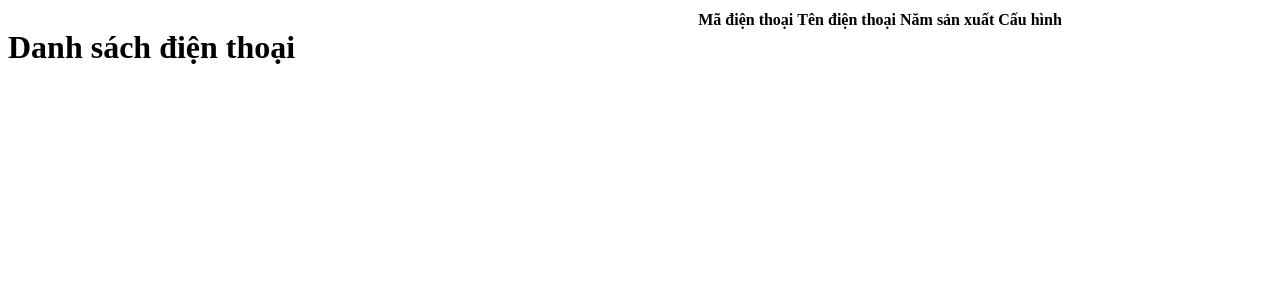
Repository: buikhacthang91042/Nam4_Ki1
Page: http://localhost/Tuan05/DanhSachDienThoaiNCC.jsp
An editor plug-in stored every save of this project. The page is shown before and after the next save, followed by the edit.
The browser window is 1280 px wide. The pictures show the whole page.
The page is served by Tomcat 10. Nobody is signed in. The application's start-up code is not run. Other server files are loaded and not shown. The template is opened directly, without the code that normally fills it, so the values that code supplies are empty.

Above is the page before, as saved 2024-10-10 11:57:15.

### WWW/BuiKhacThang_21127151_Tuan05/Tuan05/src/main/webapp/DanhSachDienThoaiNCC.jsp
<%@ page contentType="text/html; charset=UTF-8" language="java"%>
<%@ taglib uri="http://java.sun.com/jsp/jstl/functions" prefix="fn"%>
<%@ taglib prefix="c" uri="jakarta.tags.core"%>
<!DOCTYPE html>
<html>
<head>
<meta charset="ISO-8859-1">
<title>Danh sách điện thoại theo nhà cung cấp</title>
<style type="text/css">
	.container{
		display: flex;
		flex-direction: row;
	}
	.menu{

	}
	.content{
		display:flex;
		margin-left: 400px;
	}
</style>

</head>
<body>
	<form action="" method="GET">
	<div class="container">

		<div class="menu">
		<h1>Danh sách điện thoại</h1>
		<ul>
		<c:forEach var="NCC" items="${NhaCCList}">
			<li><a
				href="DanhSachDienThoaiNCCServlet?mancc= ${NCC.mancc}">${NCC.tenNhaCungCap}</a></li>
		</c:forEach>
		</ul>
		</div>

		<div class="content">
			<table>
				<thead>
					<tr>
						<th>Mã điện thoại</th>
						<th>Tên điện thoại</th>
						<th>Năm sản xuất</th>
						<th>Cấu hình</th>
					</tr>
				</thead>

				<tbody>
				<c:forEach var= "dienThoai" items= "${dienThoaiList}">
					<tr>
						<td>${dienThoai.madt} </td>
						<td>${dienThoai.tenDienThoai} </td>
						<td>${dienThoai.namSanXuat} </td>
						<td>${dienThoai.cauHinh} </td>
					</tr>
				</c:forEach>

				</tbody>
			</table>
		</div>

		</div>
	</form>
</body>
</html>

After the next save:
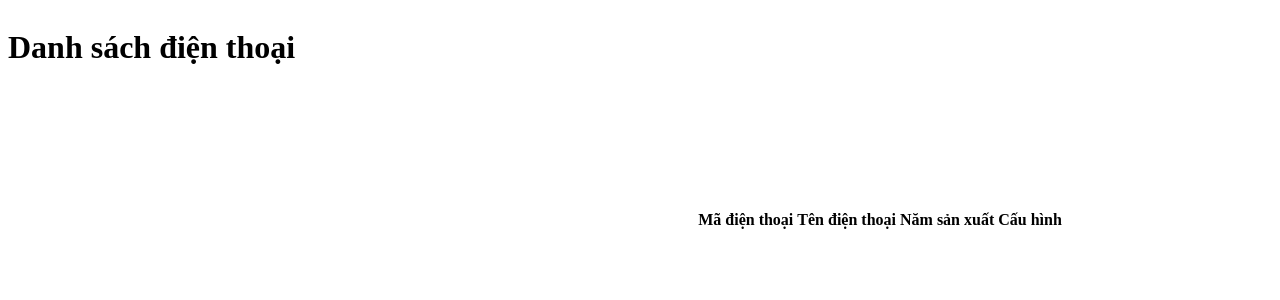
Saved 25 s later.
--- a/WWW/BuiKhacThang_21127151_Tuan05/Tuan05/src/main/webapp/DanhSachDienThoaiNCC.jsp
+++ b/WWW/BuiKhacThang_21127151_Tuan05/Tuan05/src/main/webapp/DanhSachDienThoaiNCC.jsp
@@ -17,6 +17,7 @@
 	.content{
 		display:flex;
 		margin-left: 400px;
+		margin-top: 200px;
 	}
 </style>
 
